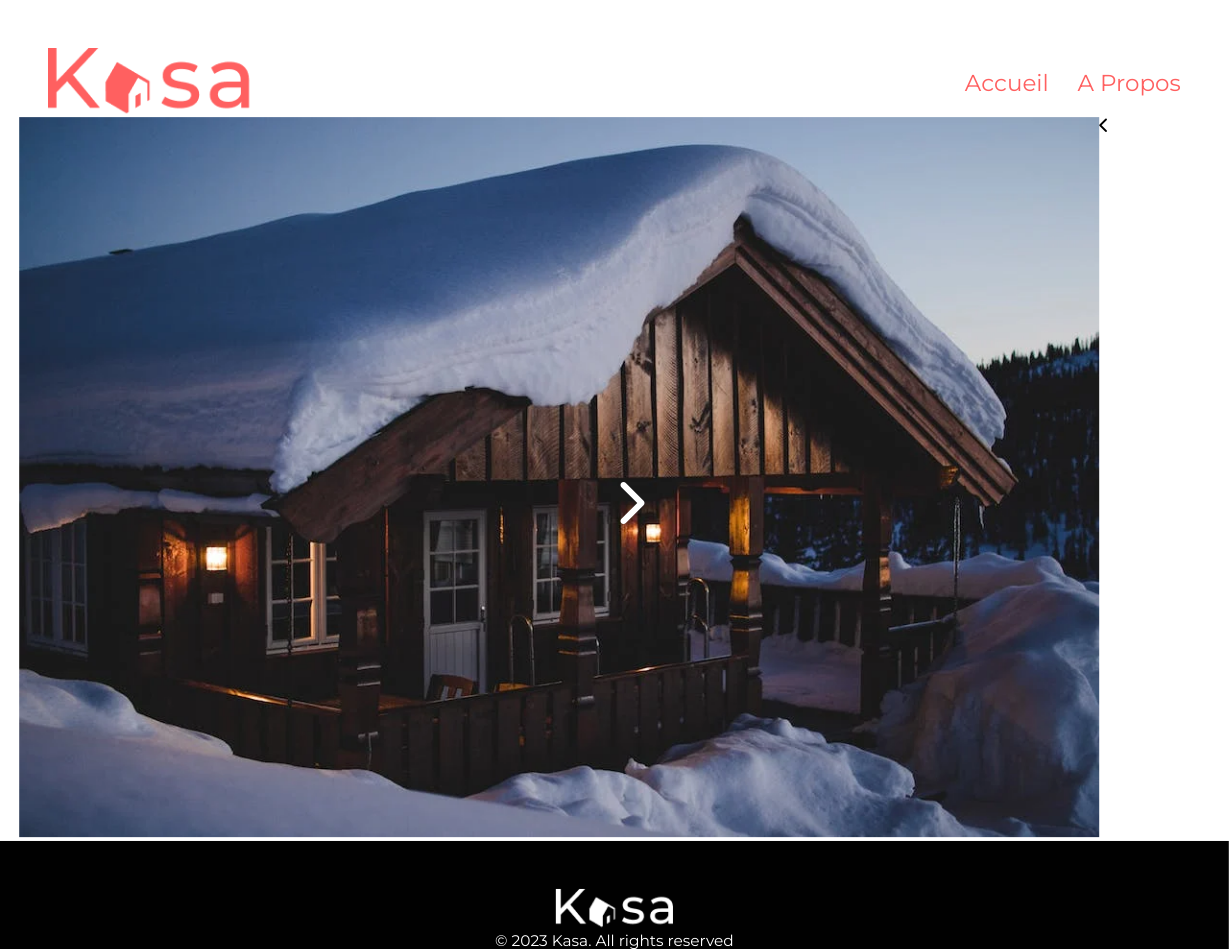
Repository: Ascaris29/Kasa_oc
Page: /essai (app in kasa_project/)
An editor plug-in stored every save of this project. The page is shown before and after the next save, followed by the edit.
The browser window is 1280 px wide. The pictures show the whole page, at 96% of full size.
Some web libraries are served in a nearby version. The project was rebuilt for these pictures with package versions that can differ from the ones it lists, and the page was loaded fresh each time. Also part of the build but not shown: kasa_project/src/pages/homepage/Homepage.module.scss, kasa_project/src/pages/homepage/components/CardLogement.module.scss, kasa_project/src/pages/homepage/components/CardLogement.js, kasa_project/src/pages/homepage/Homepage.js, kasa_project/src/pages/404/404.module.scss, kasa_project/src/pages/404/404.js, kasa_project/src/pages/a_propos/APropos.module.scss, kasa_project/src/pages/a_propos/components/CardDescription.module.scss and 6 more.

Above is the page before, as saved 2023-03-16 16:02:22.

After the next save:
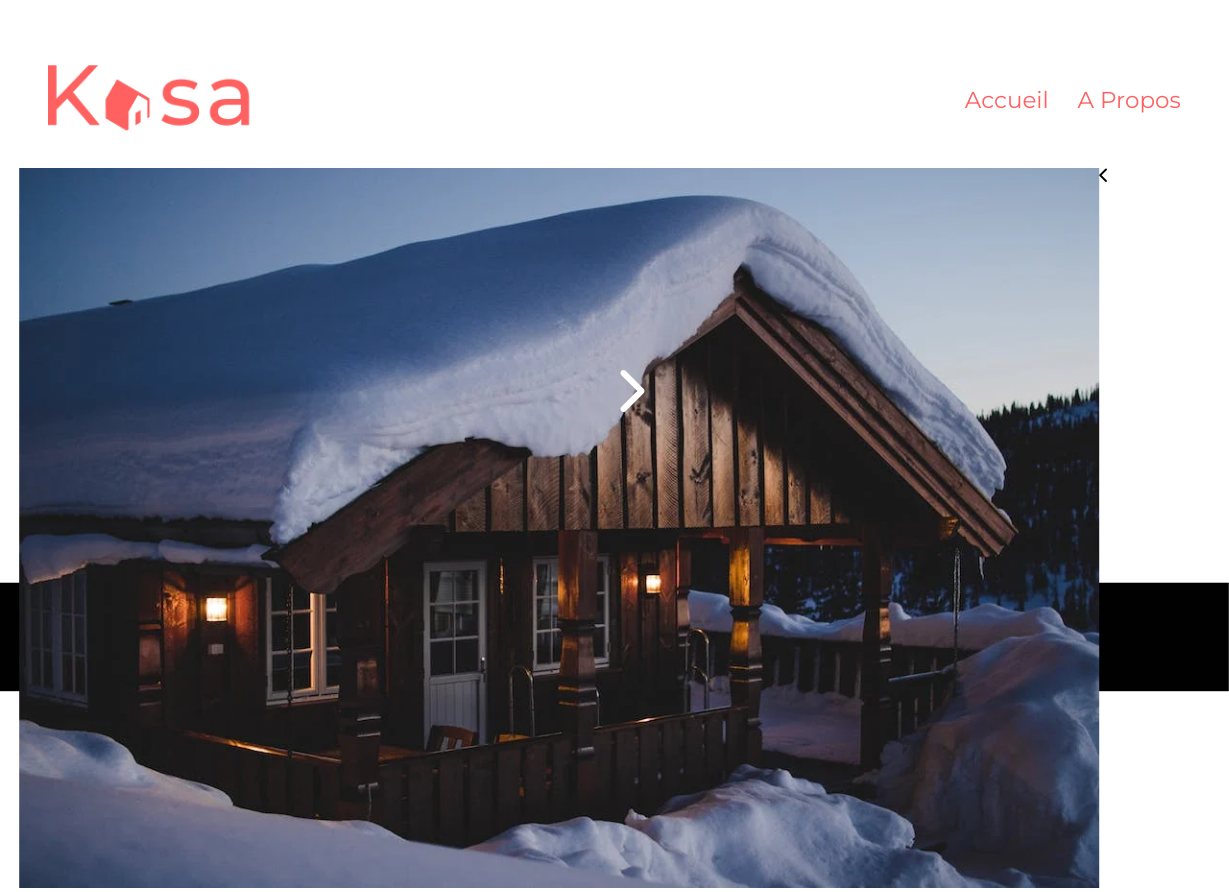
Saved 17 s later.
--- a/kasa_project/src/pages/logement/components/caroussel/Caroussel.module.scss
+++ b/kasa_project/src/pages/logement/components/caroussel/Caroussel.module.scss
@@ -3,6 +3,7 @@
     margin:auto;
     position:relative;
     width:100%;
+    height:415px;
     .carousselImage{
 
 
